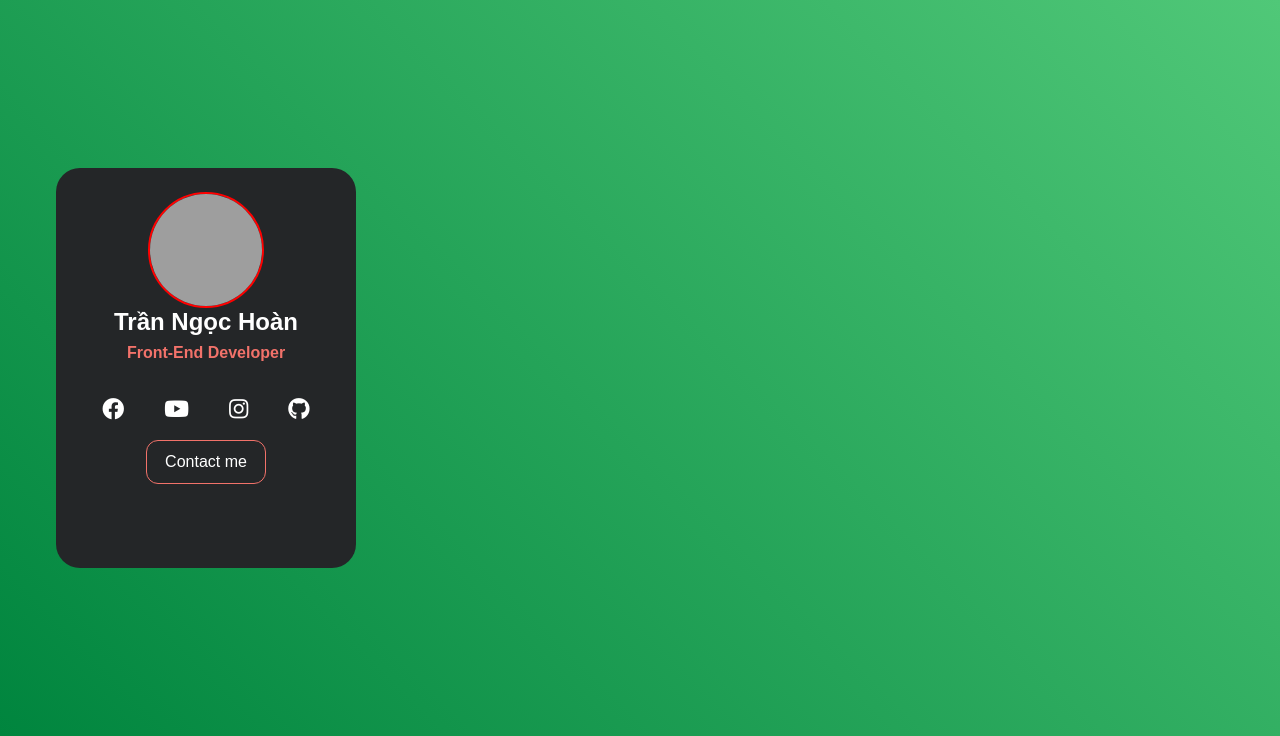
Repository: HoanTiny/30projects-30day
Page: Day 2/index.html
These files come from the project's save history. The page is drawn as it stood at one moment and after the next save; the edit follows.
The browser window is 1280 px wide. The pictures show the whole page.
Pictures or frames that could not be fetched are drawn as grey boxes. Some web libraries are served in a nearby version.

Above is the page before, as saved 2021-11-30 21:24:13.

### Day 2/index.html
<!DOCTYPE html>
<html lang="en">
    <head>
        <meta charset="UTF-8" />
        <meta http-equiv="X-UA-Compatible" content="IE=edge" />
        <meta name="viewport" content="width=device-width, initial-scale=1.0" />
        <title>Day 2</title>
        <link
            rel="stylesheet"
            href="https://use.fontawesome.com/releases/v5.13.0/css/all.css"
            integrity="sha384-Bfad6CLCknfcloXFOyFnlgtENryhrpZCe29RTifKEixXQZ38WheV+i/6YWSzkz3V"
            crossorigin="anonymous"
        />
        <link rel="stylesheet" href="./style.css">
    </head>
    <body>
        <div class="container">
            <ul class="card-list">
                <li class="card-item">
                    <img class="card-item-img" src="https://scontent.fhan3-1.fna.fbcdn.net/v/t1.6435-9/157852677_1639854009539301_6816323171281456412_n.jpg?_nc_cat=102&ccb=1-5&_nc_sid=09cbfe&_nc_ohc=XVa0LNTU2EsAX_R0DIB&_nc_ht=scontent.fhan3-1.fna&oh=e10dbaffbb6516a088232d98e0eb552f&oe=61CB24BE"></img>
                    <p class="card-item-name">Trần Ngọc Hoàn</p>
                    <p class="card-item-duty">Front-End Developer</p>
                    <div class="social-media-list">
                        <a href="https://www.facebook.com/hoandz93/" class="social-media-item"><i class="fab fa-facebook facebook-icon"></i></a>
                        <a href="https://www.youtube.com/watch?v=BBxEgnH-tQU" class="social-media-item"><i class="fab fa-youtube"></i></a>
                        <a href="https://www.instagram.com/tran.ngochoan24/" class="social-media-item"><i class="fab fa-instagram"></i></a>
                        <a href="https://github.com/HoanTiny" class="social-media-item"><i class="fab fa-github"></i></a>
                    </div>
                    <a href="mailto: thedevil0903@gmail.com" class="card-item-contact">Contact me</a>
                </li>
            </ul>
        </div>
    </body>
</html>

### Day 2/style.css
* {
    font-family: "Poppins", sans-serif;
}

body {
    background: linear-gradient(45deg, #00853e, #50c878);
    display: flex;
    align-items: center;
    justify-content: center;
    height: 100vh;
}

a {
    text-decoration: none;
}

.container {
    display: flex;
    width: 100%;
    padding: 12px 48px;
}

.card-list {
    padding-left: 0;
    display: flex;
}

.card-item {
    width: 300px;
    height: 400px;
    background-color: #242628;
    display: flex;
    flex-direction: column;
    align-items: center;
    border-radius: 24px;
    overflow: hidden;
}

.card-item-img {
    width: 112px;
    height: 112px;
    border-radius: 50%;
    border: 2px solid red;
    transform: translateY(24px);
}

.card-item-img:hover {
    width: 100%;
    height: 100%;
    border-radius: unset;
    border: unset;
    transform: unset;
}
.card-item-name {
    color: #fff;
    margin-top: 24px;
    margin-bottom: 0;
    font-size: 24px;
    font-weight: bold;
}

.card-item-duty {
    color: #f2726a;
    font-weight: bold;
    margin-top: 8px;
    font-size: 16px;
}

.social-media-list {
    display: flex;
}

.social-media-item i {
    font-size: 22px;
    color: #fff;
    margin: 20px;
}

.card-item-contact {
    color: #fff;
    border: 1px solid #f2726a;
    padding: 12px 18px;
    border-radius: 12px;
}

After the next save:
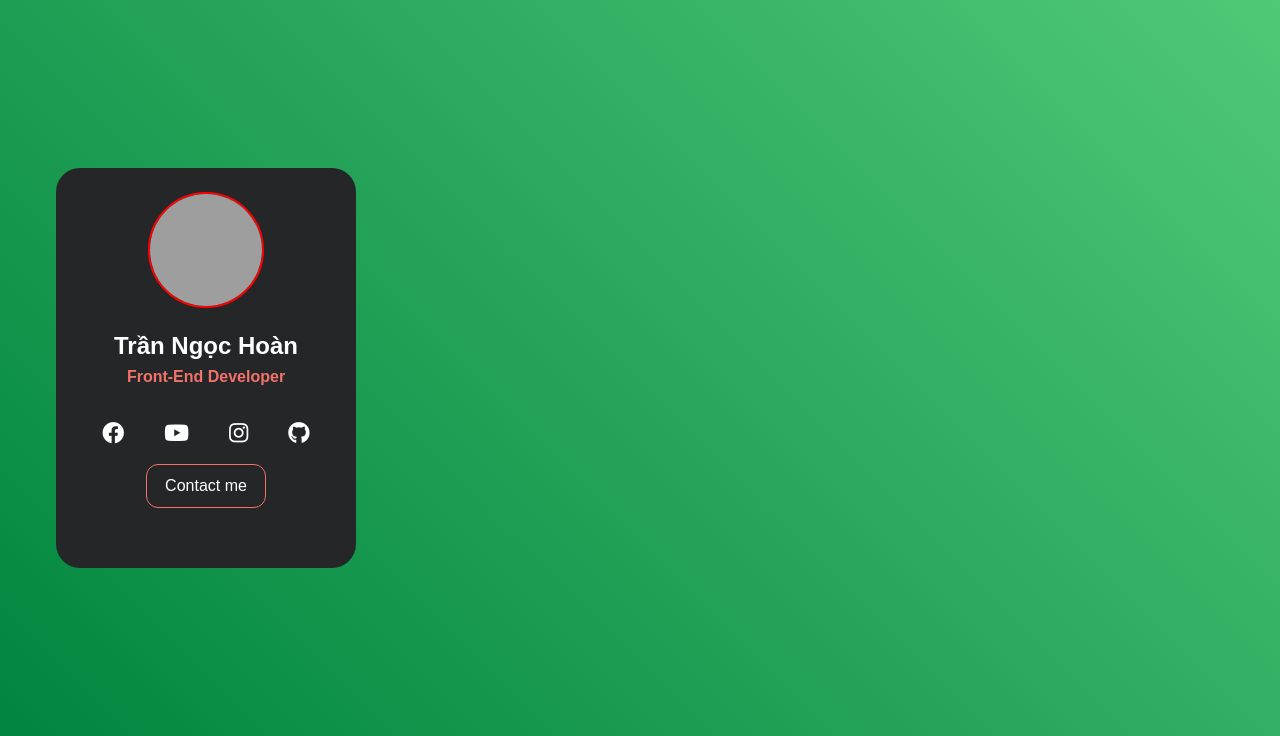
Saved 45 s later.
--- a/Day 2/style.css
+++ b/Day 2/style.css
@@ -53,7 +53,7 @@ a {
 }
 .card-item-name {
     color: #fff;
-    margin-top: 24px;
+    margin-top: 48px;
     margin-bottom: 0;
     font-size: 24px;
     font-weight: bold;
